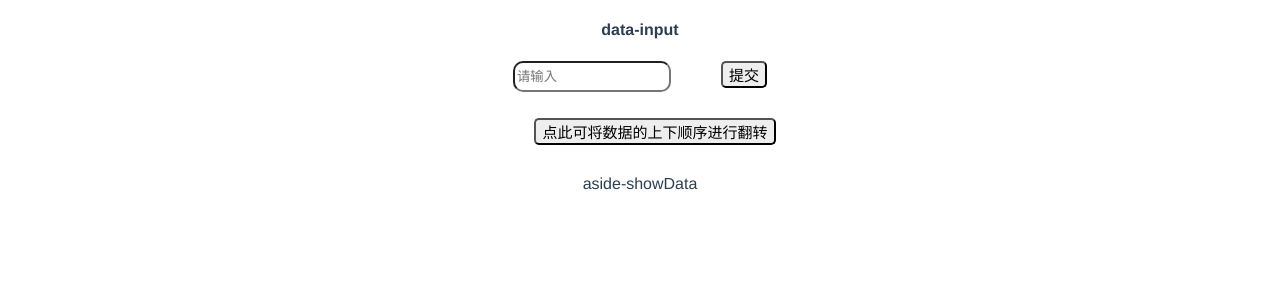
Repository: z-xy-git/demofirst
Page: /
These files come from the project's save history. The page is drawn as it stood at one moment and after the next save; the edit follows.
The browser window is 1280 px wide. The pictures show the whole page.
The project was rebuilt for these pictures with package versions that can differ from the ones it lists, and the page was loaded fresh each time. Also part of the build but not shown: src/views/ShowData.vue, src/views/ReverseShowData.vue.

Above is the page before, as saved 2021-02-26 12:08:00.

After the next save:
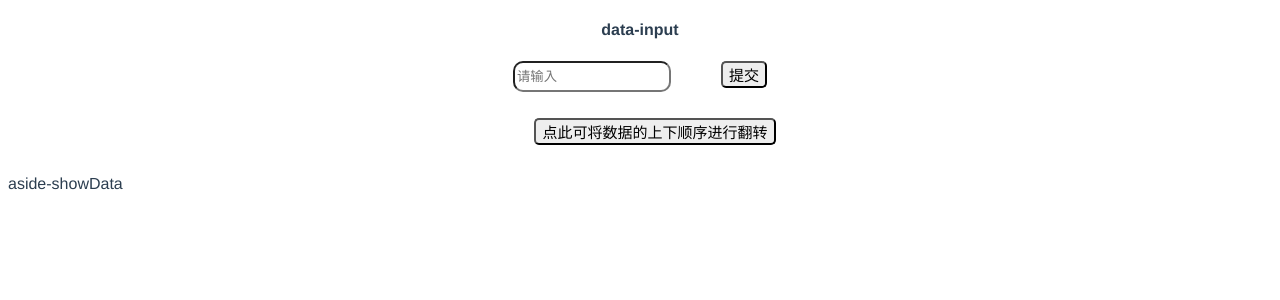
Saved 19 s later.
--- a/src/views/Home.vue
+++ b/src/views/Home.vue
@@ -54,6 +54,7 @@ export default {
     font-size: 15px;
   }
   .left{
-    position: absilute;
+    position: absolute;
+    left
   }
 </style>
